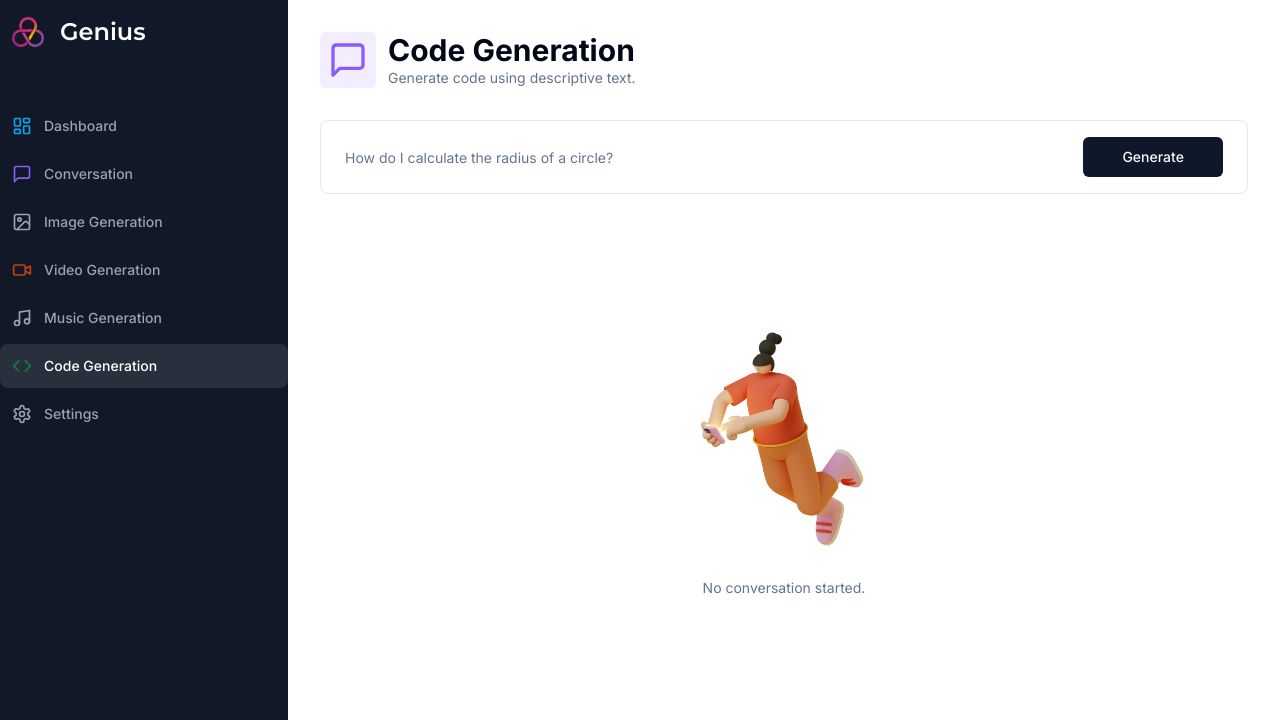
Repository: sweety-124/Genie-AI
Page: /code
An editor plug-in stored every save of this project. The page is shown before and after the next save, followed by the edit.
The browser window is 1280 px wide. The pictures show the whole page.
The page's requests for data from a server got no answer. The project was rebuilt for these pictures with package versions that can differ from the ones it lists, and the page was loaded fresh each time. Some packages were replaced by stand-ins written for this rebuild. The framework's server and built-in components were replaced by stand-ins that run in the browser. No one was signed in, and anything a server would have sent is missing. Also part of the build but not shown: next.config.js, components/ui/avatar.tsx, components/bot-avatar.tsx, components/ui/label.tsx, components/user-avatar.tsx.

Above is the page before, as saved 2023-12-05 13:35:50.

### app/layout.tsx
import type { Metadata } from 'next'
import { Inter } from 'next/font/google'
import './globals.css'
import { ClerkProvider } from '@clerk/nextjs'

const inter = Inter({ subsets: ['latin'] })

export const metadata: Metadata = {
  title: 'My Genie AI',
  description: 'AI Platform',
}

export default function RootLayout({
  children,
}: {
  children: React.ReactNode
}) {
  return (
    <ClerkProvider>
         <html lang="en">
      <body className={inter.className}>{children}</body>
    </html>
    </ClerkProvider>

  )
}

### app/(dashboard)/layout.tsx
import Navbar from "@/components/navbar";
import Sidebar from "@/components/sidebar";
import React from "react";

const DashboardLayout = ({children}:{
    children:React.ReactNode;
}) => {
    return (<>
    <div className="h-full relative">
            <div className="hidden h-full md:flex md:w-72 md:flex-col md:fixed md:inset-y-0 z-[80] bg-gray-900">
                <div>
                   <Sidebar/>
                </div>
            </div>
            <main className="md:pl-72">
                <Navbar/>
              {children}
            </main>
    </div>
    </>  );
}

export default DashboardLayout;

### app/(dashboard)/(routes)/code/page.tsx
"use client";

import * as z from "zod";
import axios from "axios";
import { MessageSquare } from "lucide-react";
import { useForm } from "react-hook-form";
import { useState } from "react";
// import { toast } from "react-hot-toast";
import { useRouter } from "next/navigation";
import { ChatCompletionRequestMessage } from "openai";

 import { BotAvatar } from "@/components/bot-avatar";
import Heading from "@/components/heading";
import { Button } from "@/components/ui/button";
import { Input } from "@/components/ui/input";
import { zodResolver } from "@hookform/resolvers/zod";
import { Form, FormControl, FormField, FormItem } from "@/components/ui/form";
import { cn } from "@/lib/utils";
// import { Loader } from "@/components/loader";
import { UserAvatar } from "@/components/user-avatar";
import { Empty } from "@/components/ui/empty";
// import { useProModal } from "@/hooks/use-pro-modal";

import { formSchema } from "./constants";

const CodePage = () => {
  const router = useRouter();
  // const proModal = useProModal();
  const [messages, setMessages] = useState<ChatCompletionRequestMessage[]>([]);

  const form = useForm<z.infer<typeof formSchema>>({
    resolver: zodResolver(formSchema),
    defaultValues: {
      prompt: ""
    }
  });

  const isLoading = form.formState.isSubmitting;

  const onSubmit = async (values: z.infer<typeof formSchema>) => {
    try {
      const userMessage: ChatCompletionRequestMessage = { role: "user", content: values.prompt };
      const newMessages = [...messages, userMessage];

      const response = await axios.post('/api/conversation', { messages: newMessages });
      setMessages((current) => [...current, userMessage, response.data]);

      form.reset();
    } catch (error: any) {
      // if (error?.response?.status === 403) {
      //   proModal.onOpen();
      // } else {
      //   toast.error("Something went wrong.");
      // }
    } finally {
      router.refresh();
    }
  }

  return (
    <div>
      <Heading
        title="Code Generation"
        description="Generate code using descriptive text."
        icon={MessageSquare}
        iconColor="text-violet-500"
        bgColor="bg-violet-500/10"
      />
      <div className="px-4 lg:px-8">
        <div>
          <Form {...form}>
            <form
              onSubmit={form.handleSubmit(onSubmit)}
              className="
                rounded-lg
                border
                w-full
                p-4
                px-3
                md:px-6
                focus-within:shadow-sm
                grid
                grid-cols-12
                gap-2
              "
            >
              <FormField
                name="prompt"
                render={({ field }) => (
                  <FormItem className="col-span-12 lg:col-span-10">
                    <FormControl className="m-0 p-0">
                      <Input
                        className="border-0 outline-none focus-visible:ring-0 focus-visible:ring-transparent"
                        disabled={isLoading}
                        placeholder="How do I calculate the radius of a circle?"
                        {...field}
                      />
                    </FormControl>
                  </FormItem>
                )}
              />
              <Button className="col-span-12 lg:col-span-2 w-full" type="submit" disabled={isLoading} size="icon">
                Generate
              </Button>
            </form>
          </Form>
        </div>
        <div className="space-y-4 mt-4">
          {isLoading && (
            <div className="p-8 rounded-lg w-full flex items-center justify-center bg-muted">
              {/* <Loader /> */}
            </div>
          )}
          {messages.length === 0 && !isLoading && (
            <Empty label="No conversation started." />
          )}
          <div className="flex flex-col-reverse gap-y-4">
            {messages.map((message) => (
              <div
                key={message.content}
                className={cn(
                  "p-8 w-full flex items-start gap-x-8 rounded-lg",
                  message.role === "user" ? "bg-white border border-black/10" : "bg-muted",
                )}
              >
               {message.role === "user" ? <UserAvatar /> : <BotAvatar />}
                <p className="text-sm">
                  {message.content}
                </p>
              </div>
            ))}
          </div>
        </div>
      </div>
    </div>
   );
}

export default CodePage;

### app/globals.css
@tailwind base;
@tailwind components;
@tailwind utilities;
 html,
 body,
 :root{
  height:100%;
 }

@layer base {
  :root {
    --background: 0 0% 100%;
    --foreground: 222.2 84% 4.9%;

    --card: 0 0% 100%;
    --card-foreground: 222.2 84% 4.9%;

    --popover: 0 0% 100%;
    --popover-foreground: 222.2 84% 4.9%;

    --primary: 222.2 47.4% 11.2%;
    --primary-foreground: 210 40% 98%;

    --secondary: 210 40% 96.1%;
    --secondary-foreground: 222.2 47.4% 11.2%;

    --muted: 210 40% 96.1%;
    --muted-foreground: 215.4 16.3% 46.9%;

    --accent: 210 40% 96.1%;
    --accent-foreground: 222.2 47.4% 11.2%;

    --destructive: 0 84.2% 60.2%;
    --destructive-foreground: 210 40% 98%;

    --border: 214.3 31.8% 91.4%;
    --input: 214.3 31.8% 91.4%;
    --ring: 222.2 84% 4.9%;

    --radius: 0.5rem;
  }

  .dark {
    --background: 222.2 84% 4.9%;
    --foreground: 210 40% 98%;

    --card: 222.2 84% 4.9%;
    --card-foreground: 210 40% 98%;

    --popover: 222.2 84% 4.9%;
    --popover-foreground: 210 40% 98%;

    --primary: 210 40% 98%;
    --primary-foreground: 222.2 47.4% 11.2%;

    --secondary: 217.2 32.6% 17.5%;
    --secondary-foreground: 210 40% 98%;

    --muted: 217.2 32.6% 17.5%;
    --muted-foreground: 215 20.2% 65.1%;

    --accent: 217.2 32.6% 17.5%;
    --accent-foreground: 210 40% 98%;

    --destructive: 0 62.8% 30.6%;
    --destructive-foreground: 210 40% 98%;

    --border: 217.2 32.6% 17.5%;
    --input: 217.2 32.6% 17.5%;
    --ring: 212.7 26.8% 83.9%;
  }
}

@layer base {
  * {
    @apply border-border;
  }
  body {
    @apply bg-background text-foreground;
  }
}

### components/navbar.tsx
import { Menu } from "lucide-react";
import { Button } from "./ui/button";
import { UserButton } from "@clerk/nextjs";
import MobileSidebar from "./mobile-sidebar";

const Navbar = () => {
    return (<div className="flex items-center p-4">
            <MobileSidebar/>
        <div className="flex w-full justify-end">
            <UserButton   afterSignOutUrl="/"/>
        </div>
    </div>);
}

export default Navbar;

### components/sidebar.tsx
'use client';

import { cn } from "@/lib/utils";
import { Code, ImageIcon,
    LayoutDashboard,
     MessageSquare,
     Music,
     Settings,
     VideoIcon} from "lucide-react";
import { Montserrat } from "next/font/google";
import Image from "next/image";
import Link from "next/link";
import { usePathname } from "next/navigation";

const monsterrat = Montserrat({weight:'600',
subsets:["latin"]});

const routes=[
    {
        label:'Dashboard',
        icon:LayoutDashboard,
        href:"/dashboard",
        color:"text-sky-500"

    },
    {
        label:'Conversation',
        icon:MessageSquare,
        href:"/conversation",
        color:"text-violet-500"

    },
    {
        label:'Image Generation',
        icon:ImageIcon,
        href:"/image",
        color:"text-Pink-700"

    },
    {
        label:'Video Generation',
        icon:VideoIcon,
        href:"/video",
        color:"text-orange-700"

    },
    {
        label:'Music Generation',
        icon:Music,
        href:"/music",
        color:"text-emarald-500"

    },
    {
        label:'Code Generation',
        icon:Code,
        href:"/code",
        color:"text-green-700"

    },
    {
        label:'Settings',
        icon:Settings,
        href:"/settings",

    }
]
const Sidebar = () => {
    const pathName = usePathname();
    return ( <div className="space-y-4 py-4 flex-col h-full bg-[#111827] text-white">
        <Link href="/dashboard" className="flex items-center pl-3 mb-14"><div className="relative w-8 h-8 mr-4">
            <Image fill alt="Logo" src="/logo.png" /></div>
            <h1 className={cn("text-2xl font-bold",monsterrat.className)}>Genius</h1>
            </Link>
            <div className="space-y-1">
                {
                 routes.map(route =>(
                    <Link href={route.href} key={route.href}
                    className={cn("text-sm group flex p-3 w-full justify-start font-medium cursor-pointer hover:text-white hover:bg-white/10 rounded-lg transition",pathName===route.href?"text-white bg-white/10":
                    "text-zinc-400")}>
                    <div className="flex items-center flex-1">
                    <route.icon className={cn("h-5 w-5 mr-3",route.color)}/>
                    {route.label}
                    </div>
                    </Link>
                 ))
                }
            </div>
    </div>

    );
}

export default Sidebar;

### components/heading.tsx
import { cn } from "@/lib/utils";
import { LucideIcon } from "lucide-react";

interface HeadingProps{
    title:string;
    description:string;
    icon:LucideIcon;
    iconColor?:string;
    bgColor?:string;
}
const Heading = ({title,description,icon:Icon,iconColor,bgColor}:HeadingProps) => {
    return (
        <>
        <div className="px-4 lg:px-8 flex items-center gap-x-3 mb-8">
          <div className={cn("p-2 w-fit rounded-md", bgColor)}>
            <Icon className={cn("w-10 h-10", iconColor)} />
          </div>
          <div>
            <h2 className="text-3xl font-bold">{title}</h2>
            <p className="text-sm text-muted-foreground">
              {description}
            </p>
          </div>
        </div>
      </>
     );
}

export default Heading;

### components/ui/button.tsx
import * as React from "react"
import { Slot } from "@radix-ui/react-slot"
import { cva, type VariantProps } from "class-variance-authority"

import { cn } from "@/lib/utils"

const buttonVariants = cva(
  "inline-flex items-center justify-center whitespace-nowrap rounded-md text-sm font-medium ring-offset-background transition-colors focus-visible:outline-none focus-visible:ring-2 focus-visible:ring-ring focus-visible:ring-offset-2 disabled:pointer-events-none disabled:opacity-50",
  {
    variants: {
      variant: {
        default: "bg-primary text-primary-foreground hover:bg-primary/90",
        destructive:
          "bg-destructive text-destructive-foreground hover:bg-destructive/90",
        outline:
          "border border-input bg-background hover:bg-accent hover:text-accent-foreground",
        secondary:
          "bg-secondary text-secondary-foreground hover:bg-secondary/80",
        ghost: "hover:bg-accent hover:text-accent-foreground",
        link: "text-primary underline-offset-4 hover:underline",
      },
      size: {
        default: "h-10 px-4 py-2",
        sm: "h-9 rounded-md px-3",
        lg: "h-11 rounded-md px-8",
        icon: "h-10 w-10",
      },
    },
    defaultVariants: {
      variant: "default",
      size: "default",
    },
  }
)

export interface ButtonProps
  extends React.ButtonHTMLAttributes<HTMLButtonElement>,
    VariantProps<typeof buttonVariants> {
  asChild?: boolean
}

const Button = React.forwardRef<HTMLButtonElement, ButtonProps>(
  ({ className, variant, size, asChild = false, ...props }, ref) => {
    const Comp = asChild ? Slot : "button"
    return (
      <Comp
        className={cn(buttonVariants({ variant, size, className }))}
        ref={ref}
        {...props}
      />
    )
  }
)
Button.displayName = "Button"

export { Button, buttonVariants }

### components/ui/input.tsx
import * as React from "react"

import { cn } from "@/lib/utils"

export interface InputProps
  extends React.InputHTMLAttributes<HTMLInputElement> {}

const Input = React.forwardRef<HTMLInputElement, InputProps>(
  ({ className, type, ...props }, ref) => {
    return (
      <input
        type={type}
        className={cn(
          "flex h-10 w-full rounded-md border border-input bg-background px-3 py-2 text-sm ring-offset-background file:border-0 file:bg-transparent file:text-sm file:font-medium placeholder:text-muted-foreground focus-visible:outline-none focus-visible:ring-2 focus-visible:ring-ring focus-visible:ring-offset-2 disabled:cursor-not-allowed disabled:opacity-50",
          className
        )}
        ref={ref}
        {...props}
      />
    )
  }
)
Input.displayName = "Input"

export { Input }

### components/ui/form.tsx
import * as React from "react"
import * as LabelPrimitive from "@radix-ui/react-label"
import { Slot } from "@radix-ui/react-slot"
import {
  Controller,
  ControllerProps,
  FieldPath,
  FieldValues,
  FormProvider,
  useFormContext,
} from "react-hook-form"

import { cn } from "@/lib/utils"
import { Label } from "@/components/ui/label"

const Form = FormProvider

type FormFieldContextValue<
  TFieldValues extends FieldValues = FieldValues,
  TName extends FieldPath<TFieldValues> = FieldPath<TFieldValues>
> = {
  name: TName
}

const FormFieldContext = React.createContext<FormFieldContextValue>(
  {} as FormFieldContextValue
)

const FormField = <
  TFieldValues extends FieldValues = FieldValues,
  TName extends FieldPath<TFieldValues> = FieldPath<TFieldValues>
>({
  ...props
}: ControllerProps<TFieldValues, TName>) => {
  return (
    <FormFieldContext.Provider value={{ name: props.name }}>
      <Controller {...props} />
    </FormFieldContext.Provider>
  )
}

const useFormField = () => {
  const fieldContext = React.useContext(FormFieldContext)
  const itemContext = React.useContext(FormItemContext)
  const { getFieldState, formState } = useFormContext()

  const fieldState = getFieldState(fieldContext.name, formState)

  if (!fieldContext) {
    throw new Error("useFormField should be used within <FormField>")
  }

  const { id } = itemContext

  return {
    id,
    name: fieldContext.name,
    formItemId: `${id}-form-item`,
    formDescriptionId: `${id}-form-item-description`,
    formMessageId: `${id}-form-item-message`,
    ...fieldState,
  }
}

type FormItemContextValue = {
  id: string
}

const FormItemContext = React.createContext<FormItemContextValue>(
  {} as FormItemContextValue
)

const FormItem = React.forwardRef<
  HTMLDivElement,
  React.HTMLAttributes<HTMLDivElement>
>(({ className, ...props }, ref) => {
  const id = React.useId()

  return (
    <FormItemContext.Provider value={{ id }}>
      <div ref={ref} className={cn("space-y-2", className)} {...props} />
    </FormItemContext.Provider>
  )
})
FormItem.displayName = "FormItem"

const FormLabel = React.forwardRef<
  React.ElementRef<typeof LabelPrimitive.Root>,
  React.ComponentPropsWithoutRef<typeof LabelPrimitive.Root>
>(({ className, ...props }, ref) => {
  const { error, formItemId } = useFormField()

  return (
    <Label
      ref={ref}
      className={cn(error && "text-destructive", className)}
      htmlFor={formItemId}
      {...props}
    />
  )
})
FormLabel.displayName = "FormLabel"

const FormControl = React.forwardRef<
  React.ElementRef<typeof Slot>,
  React.ComponentPropsWithoutRef<typeof Slot>
>(({ ...props }, ref) => {
  const { error, formItemId, formDescriptionId, formMessageId } = useFormField()

  return (
    <Slot
      ref={ref}
      id={formItemId}
      aria-describedby={
        !error
          ? `${formDescriptionId}`
          : `${formDescriptionId} ${formMessageId}`
      }
      aria-invalid={!!error}
      {...props}
    />
  )
})
FormControl.displayName = "FormControl"

const FormDescription = React.forwardRef<
  HTMLParagraphElement,
  React.HTMLAttributes<HTMLParagraphElement>
>(({ className, ...props }, ref) => {
  const { formDescriptionId } = useFormField()

  return (
    <p
      ref={ref}
      id={formDescriptionId}
      className={cn("text-sm text-muted-foreground", className)}
      {...props}
    />
  )
})
FormDescription.displayName = "FormDescription"

const FormMessage = React.forwardRef<
  HTMLParagraphElement,
  React.HTMLAttributes<HTMLParagraphElement>
>(({ className, children, ...props }, ref) => {
  const { error, formMessageId } = useFormField()
  const body = error ? String(error?.message) : children

  if (!body) {
    return null
  }

  return (
    <p
      ref={ref}
      id={formMessageId}
      className={cn("text-sm font-medium text-destructive", className)}
      {...props}
    >
      {body}
    </p>
  )
})
FormMessage.displayName = "FormMessage"

export {
  useFormField,
  Form,
  FormItem,
  FormLabel,
  FormControl,
  FormDescription,
  FormMessage,
  FormField,
}

### app/(dashboard)/(routes)/code/constants.ts
import * as z from "zod";

export const formSchema = z.object({
    prompt:z.string().min(1,{message:"prompt is required"})
})

### components/mobile-sidebar.tsx
'use client';

import { Menu } from "lucide-react";
import { Button } from "@/components/ui/button";
import { Sheet,
    SheetContent,
     SheetTrigger } from "@/components/ui/sheet";
import Sidebar from "@/components/sidebar";
import { useEffect, useState } from "react";

const MobileSidebar = () => {
    const [isMounted,setIsMounted]=useState(false);

    useEffect(()=>{
        setIsMounted(true);
    },[])
    if(!isMounted){
        return null;
    }
    return (
        <Sheet>
            <SheetTrigger>
            <Button variant="ghost" size="icon" className="md:hidden" asChild>
    <Menu/>
</Button>
            </SheetTrigger>
            <SheetContent side="left" className="p-0">
               <Sidebar/>
            </SheetContent>
        </Sheet>
     );
}

export default MobileSidebar;

### components/ui/sheet.tsx
"use client"

import * as React from "react"
import * as SheetPrimitive from "@radix-ui/react-dialog"
import { cva, type VariantProps } from "class-variance-authority"
import { X } from "lucide-react"

import { cn } from "@/lib/utils"

const Sheet = SheetPrimitive.Root

const SheetTrigger = SheetPrimitive.Trigger

const SheetClose = SheetPrimitive.Close

const SheetPortal = SheetPrimitive.Portal

const SheetOverlay = React.forwardRef<
  React.ElementRef<typeof SheetPrimitive.Overlay>,
  React.ComponentPropsWithoutRef<typeof SheetPrimitive.Overlay>
>(({ className, ...props }, ref) => (
  <SheetPrimitive.Overlay
    className={cn(
      "fixed inset-0 z-50 bg-background/80 backdrop-blur-sm data-[state=open]:animate-in data-[state=closed]:animate-out data-[state=closed]:fade-out-0 data-[state=open]:fade-in-0",
      className
    )}
    {...props}
    ref={ref}
  />
))
SheetOverlay.displayName = SheetPrimitive.Overlay.displayName

const sheetVariants = cva(
  "fixed z-50 gap-4 bg-background p-6 shadow-lg transition ease-in-out data-[state=open]:animate-in data-[state=closed]:animate-out data-[state=closed]:duration-300 data-[state=open]:duration-500",
  {
    variants: {
      side: {
        top: "inset-x-0 top-0 border-b data-[state=closed]:slide-out-to-top data-[state=open]:slide-in-from-top",
        bottom:
          "inset-x-0 bottom-0 border-t data-[state=closed]:slide-out-to-bottom data-[state=open]:slide-in-from-bottom",
        left: "inset-y-0 left-0 h-full w-3/4 border-r data-[state=closed]:slide-out-to-left data-[state=open]:slide-in-from-left sm:max-w-sm",
        right:
          "inset-y-0 right-0 h-full w-3/4  border-l data-[state=closed]:slide-out-to-right data-[state=open]:slide-in-from-right sm:max-w-sm",
      },
    },
    defaultVariants: {
      side: "right",
    },
  }
)

interface SheetContentProps
  extends React.ComponentPropsWithoutRef<typeof SheetPrimitive.Content>,
    VariantProps<typeof sheetVariants> {}

const SheetContent = React.forwardRef<
  React.ElementRef<typeof SheetPrimitive.Content>,
  SheetContentProps
>(({ side = "right", className, children, ...props }, ref) => (
  <SheetPortal>
    <SheetOverlay />
    <SheetPrimitive.Content
      ref={ref}
      className={cn(sheetVariants({ side }), className)}
      {...props}
    >
      {children}
      <SheetPrimitive.Close className="absolute right-4 top-4 rounded-sm opacity-70 ring-offset-background transition-opacity hover:opacity-100 focus:outline-none focus:ring-2 focus:ring-ring focus:ring-offset-2 disabled:pointer-events-none data-[state=open]:bg-secondary">
        <X className="h-4 w-4" />
        <span className="sr-only">Close</span>
      </SheetPrimitive.Close>
    </SheetPrimitive.Content>
  </SheetPortal>
))
SheetContent.displayName = SheetPrimitive.Content.displayName

const SheetHeader = ({
  className,
  ...props
}: React.HTMLAttributes<HTMLDivElement>) => (
  <div
    className={cn(
      "flex flex-col space-y-2 text-center sm:text-left",
      className
    )}
    {...props}
  />
)
SheetHeader.displayName = "SheetHeader"

const SheetFooter = ({
  className,
  ...props
}: React.HTMLAttributes<HTMLDivElement>) => (
  <div
    className={cn(
      "flex flex-col-reverse sm:flex-row sm:justify-end sm:space-x-2",
      className
    )}
    {...props}
  />
)
SheetFooter.displayName = "SheetFooter"

const SheetTitle = React.forwardRef<
  React.ElementRef<typeof SheetPrimitive.Title>,
  React.ComponentPropsWithoutRef<typeof SheetPrimitive.Title>
>(({ className, ...props }, ref) => (
  <SheetPrimitive.Title
    ref={ref}
    className={cn("text-lg font-semibold text-foreground", className)}
    {...props}
  />
))
SheetTitle.displayName = SheetPrimitive.Title.displayName

const SheetDescription = React.forwardRef<
  React.ElementRef<typeof SheetPrimitive.Description>,
  React.ComponentPropsWithoutRef<typeof SheetPrimitive.Description>
>(({ className, ...props }, ref) => (
  <SheetPrimitive.Description
    ref={ref}
    className={cn("text-sm text-muted-foreground", className)}
    {...props}
  />
))
SheetDescription.displayName = SheetPrimitive.Description.displayName

export {
  Sheet,
  SheetPortal,
  SheetOverlay,
  SheetTrigger,
  SheetClose,
  SheetContent,
  SheetHeader,
  SheetFooter,
  SheetTitle,
  SheetDescription,
}

Loaded but not shown: lib/utils.ts (common file); components/ui/empty.tsx (common file); tailwind.config.js (common file)

After the next save:
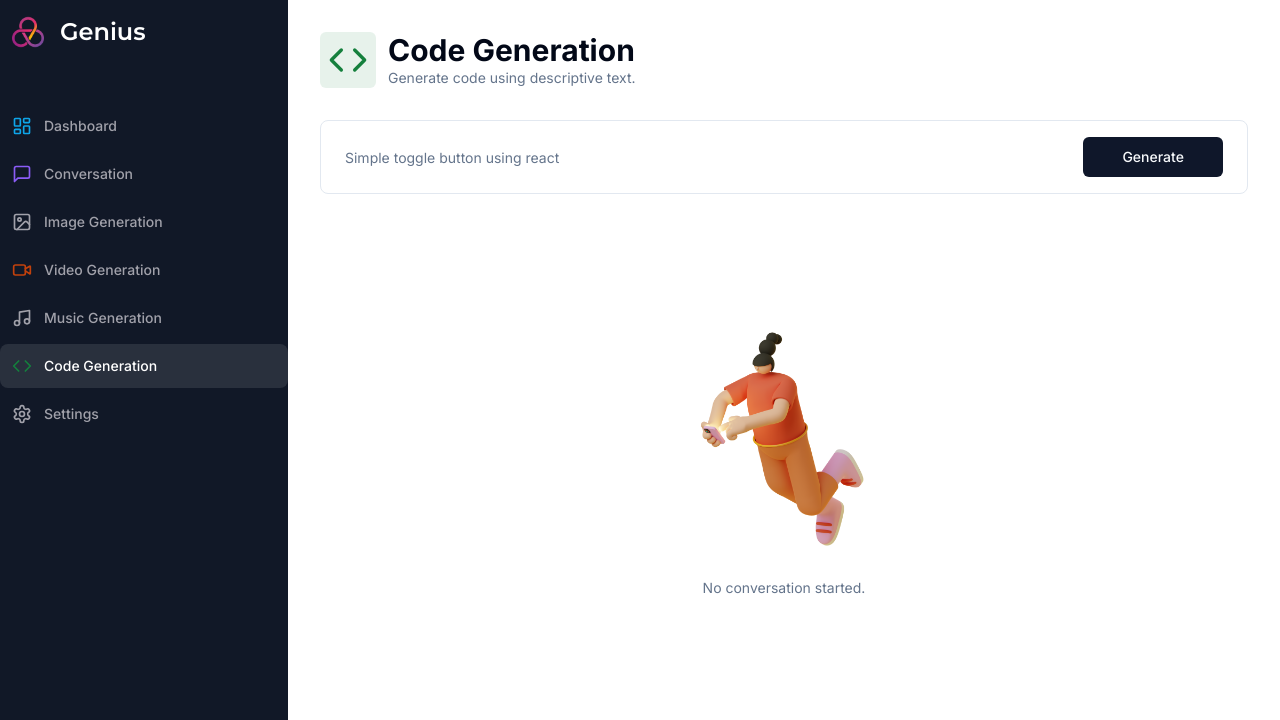
Saved 3 min 34 s later.
--- a/app/(dashboard)/(routes)/code/page.tsx
+++ b/app/(dashboard)/(routes)/code/page.tsx
@@ -2,7 +2,7 @@
 
 import * as z from "zod";
 import axios from "axios";
-import { MessageSquare } from "lucide-react";
+import { Code } from "lucide-react";
 import { useForm } from "react-hook-form";
 import { useState } from "react";
 // import { toast } from "react-hot-toast";
@@ -62,9 +62,9 @@ const CodePage = () => {
       <Heading
         title="Code Generation"
         description="Generate code using descriptive text."
-        icon={MessageSquare}
-        iconColor="text-violet-500"
-        bgColor="bg-violet-500/10"
+        icon={Code}
+        iconColor="text-green-700"
+        bgColor="bg-green-700/10"
       />
       <div className="px-4 lg:px-8">
         <div>
@@ -92,7 +92,7 @@ const CodePage = () => {
                       <Input
                         className="border-0 outline-none focus-visible:ring-0 focus-visible:ring-transparent"
                         disabled={isLoading}
-                        placeholder="How do I calculate the radius of a circle?"
+                        placeholder="Simple toggle button using react"
                         {...field}
                       />
                     </FormControl>
